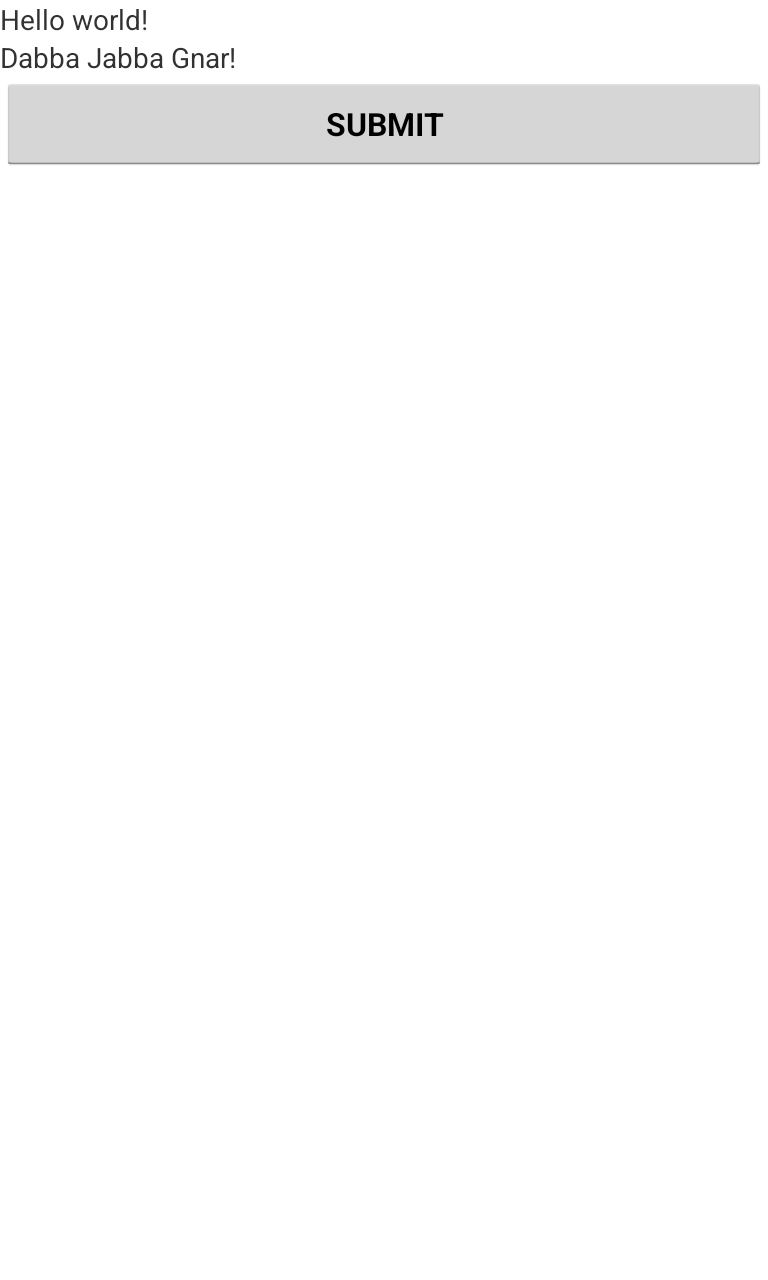
Repository: IgnacioRV/AndroidDev
Layout: ProjectYasuo/res/layout/main2.xml
The author's editor kept a copy of each file at every save. The layout is drawn from the files as they stood at one save, then again after the next save.
It is drawn on a 768 x 1280 px phone screen (xhdpi) without system bars, with theme AppTheme; the app's code is not run.

Above is the layout before, as saved 2016-01-21 16:07:52.

After the next save:
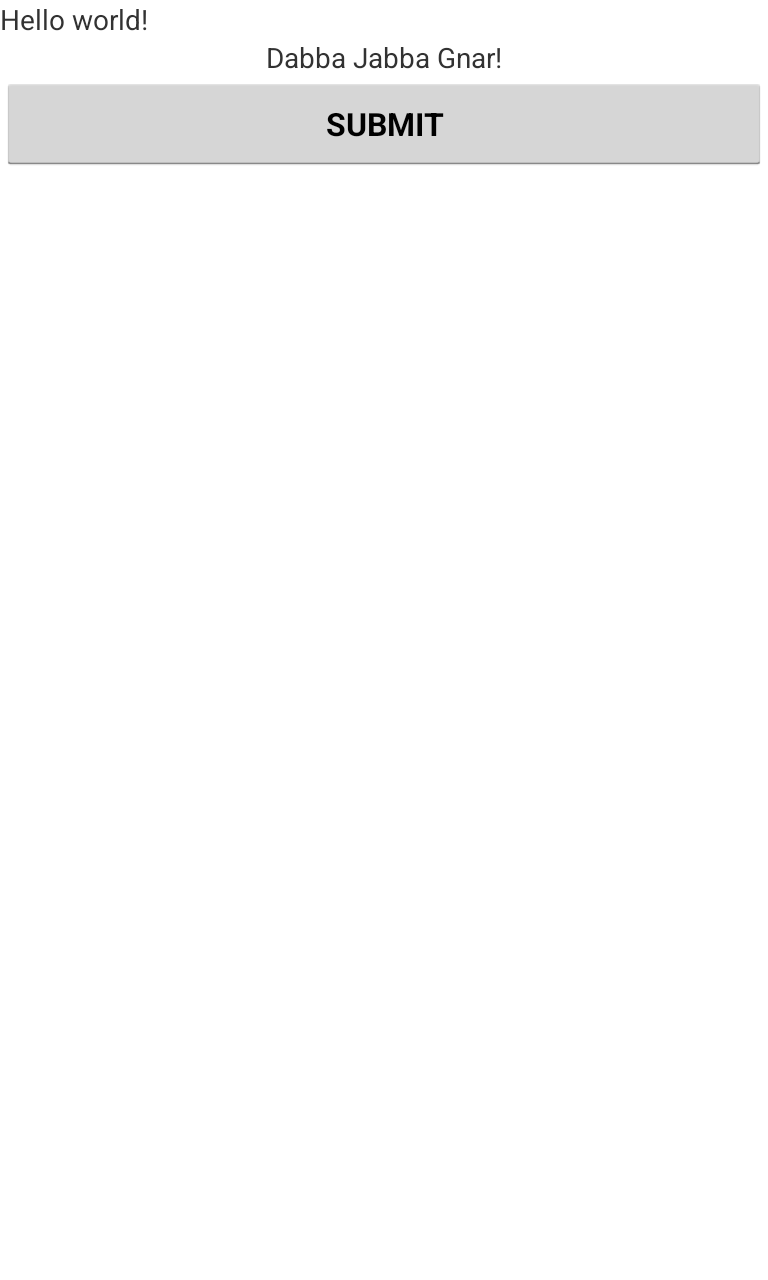
Saved 117 s later.
--- a/ProjectYasuo/res/layout/main2.xml
+++ b/ProjectYasuo/res/layout/main2.xml
@@ -3,7 +3,8 @@
     android:layout_width="match_parent"
     android:layout_height="match_parent"
     android:orientation="vertical" >
-     <TextView
+
+    <TextView
         android:layout_width="fill_parent"
         android:layout_height="wrap_content"
         android:text="@string/hello_world" />
@@ -11,13 +12,15 @@
     <TextView
         android:layout_width="fill_parent"
         android:layout_height="wrap_content"
-        android:text="@string/FirstWords" />
+        android:text="@string/FirstWords"
+        android:gravity="center"
+        />
 
     <Button
         android:layout_width="fill_parent"
         android:layout_height="wrap_content"
         android:text="@string/button1"
         android:textSize="16dp"
-        android:textStyle="bold"
-        />
+        android:textStyle="bold" />
+
 </LinearLayout>
